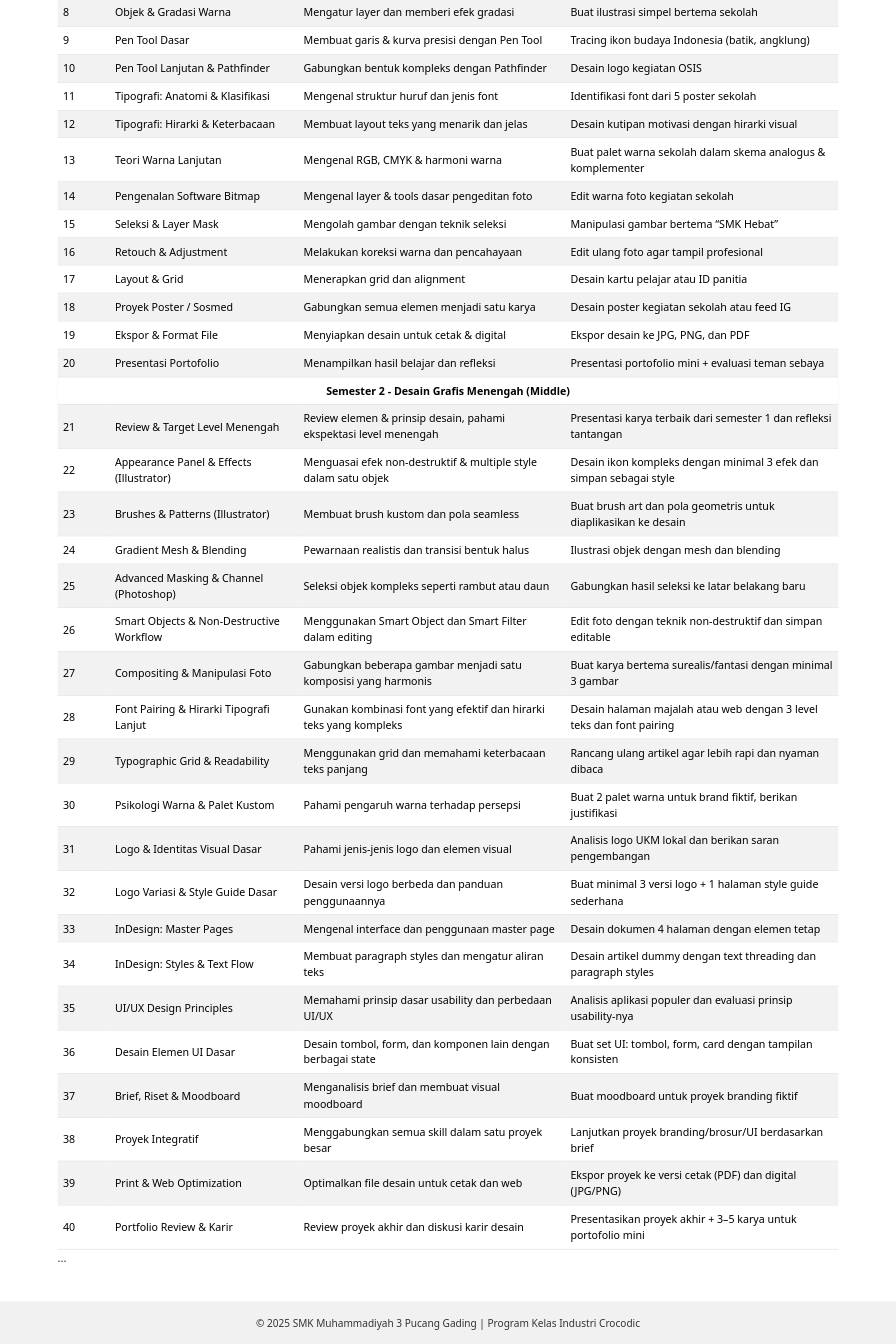
Repository: ppdbsmkmutipuga/kurikulumdesain
Page: index.html
An editor plug-in stored every save of this project. The page is shown before and after the next save, followed by the edit.
The browser window is 1280 px wide. The pictures show the part of the page from y = 963 to 2883 px (the page is 2883 px tall before and 2859 px after), at 70% of full size.

Above is the page before, as saved 2025-07-01 04:38:47.

### index.html
<!DOCTYPE html>
<html lang="id">

<head>
    <meta charset="UTF-8" />
    <meta name="viewport" content="width=device-width, initial-scale=1.0" />
    <title>Kurikulum Desain Grafis - SMK Mutipuga</title>
    <link href="https://cdn.jsdelivr.net/npm/bootstrap@5.3.3/dist/css/bootstrap.min.css" rel="stylesheet" />
    <link href="https://cdnjs.cloudflare.com/ajax/libs/aos/2.3.4/aos.css" rel="stylesheet" />
    <link href="https://cdn.jsdelivr.net/npm/bootstrap-icons@1.10.5/font/bootstrap-icons.css" rel="stylesheet">
    <link rel="stylesheet" href="style.css">
    <script src="https://cdnjs.cloudflare.com/ajax/libs/html2pdf.js/0.10.1/html2pdf.bundle.min.js"></script>

</head>

<body>
    <button class="btn btn-outline-dark mode-toggle" onclick="toggleMode()">
        <i class="bi bi-moon-stars-fill"></i>
    </button>

    <!-- Hero Section -->
    <section class="hero" data-aos="fade-down">
        <div class="container">
            <h1>Kurikulum Desain Grafis Dasar</h1>
            <p class="lead">Program Kelas Industri Crocodic (Versi SMK Mutipuga) - Semester Ganjil</p>
        </div>
    </section>

    <!-- Table Section -->
    <section class="container my-5" data-aos="fade-up">
        <h2 class="section-title">Struktur Kurikulum Mingguan</h2>
        <div class="filter-buttons">
            <button class="btn btn-outline-primary" onclick="filterSemester(1)">Semester 1</button>
            <button class="btn btn-outline-success" onclick="filterSemester(2)">Semester 2</button>
            <button class="btn btn-outline-secondary" onclick="filterSemester(0)">Tampilkan Semua</button>
        </div>
        <div class="table-container">
            <div class="table-responsive">
                <table class="table table-striped table-hover align-middle mb-0" id="kurikulumTable">
                    <thead class="table-dark">
                        <tr>
                            <th scope="col">Minggu</th>
                            <th scope="col">Materi</th>
                            <th scope="col">Tujuan Pembelajaran</th>
                            <th scope="col">Proyek / Tugas</th>
                        </tr>
                    </thead>
                    <tbody>
                        <div class="text-end my-3">
                            <button class="btn btn-danger" onclick="downloadPDF()">
                                <i class="bi bi-file-earmark-arrow-down-fill"></i> Unduh PDF
                            </button>
                        </div>
                        <div id="pdf-content">
  <div class="table-container">
    <div class="table-responsive">
      <table class="table table-striped table-hover align-middle mb-0" id="kurikulumTable">
        ...
      </table>
    </div>
  </div>
</div>

                        <!-- Data rows akan di-load lewat JS -->
                    </tbody>
                </table>
            </div>
        </div>
    </section>

    <!-- Footer -->
    <footer>
        &copy; 2025 SMK Muhammadiyah 3 Pucang Gading | Program Kelas Industri Crocodic
    </footer>

    <!-- Scripts -->
    <script src="https://cdn.jsdelivr.net/npm/bootstrap@5.3.3/dist/js/bootstrap.bundle.min.js"></script>
    <script src="https://cdnjs.cloudflare.com/ajax/libs/aos/2.3.4/aos.js"></script>
    <script src="script.js"></script>
</body>

</html>

### style.css
/* =========================
   HERO SECTION
========================= */
.hero {
  padding: 60px 0;
  background: linear-gradient(135deg, #e3f2fd, #bbdefb);
  text-align: center;
}

.hero h1 {
  font-weight: 700;
  font-size: 2.5rem;
  color: #0d47a1;
}

.hero p {
  font-size: 1.25rem;
  color: #333;
}

body.bg-dark .hero {
  background: linear-gradient(135deg, #1e1e1e, #2c2c2c);
}

body.bg-dark .hero h1 {
  color: #90caf9;
}

body.bg-dark .hero p {
  color: #cccccc;
}

/* =========================
   FILTER BUTTONS
========================= */
.filter-buttons {
  text-align: center;
  margin: 20px 0;
}

.filter-buttons .btn {
  margin: 5px;
}

body.bg-dark .btn-outline-primary {
  color: #90caf9;
  border-color: #90caf9;
}

body.bg-dark .btn-outline-success {
  color: #81c784;
  border-color: #81c784;
}

body.bg-dark .btn-outline-secondary {
  color: #b0bec5;
  border-color: #b0bec5;
}

/* =========================
   TABLE SECTION
========================= */
.table-container {
  overflow-x: auto;
}

.table th,
.table td {
  vertical-align: middle !important;
  font-size: 0.95rem;
}

/* Baris header semester (custom row) */
.table .table-header-row {
  background-color: #cce5ff;
  font-weight: 600;
  text-align: center;
}

body.bg-dark .table .table-header-row {
  background-color: #2c3e50;
  color: #ffffff !important;
}

/* DARK MODE TABLE FIX */
body.bg-dark .table,
body.bg-dark .table td,
body.bg-dark .table th {
  color: #f1f1f1 !important;
  background-color: transparent !important;
  opacity: 1 !important;
}

body.bg-dark .table-striped tbody tr:nth-of-type(odd) {
  background-color: #2c2c2c !important;
}

body.bg-dark .table-striped tbody tr:nth-of-type(even) {
  background-color: #1a1a1a !important;
}

body.bg-dark .table-hover tbody tr:hover {
  background-color: #3a3a3a !important;
}

body.bg-dark .table thead th {
  background-color: #111 !important;
  color: #fff !important;
  border-color: #444 !important;
}

body.bg-dark .table-primary {
  background-color: #455a64 !important;
  color: #fff !important;
}

/* =========================
   FOOTER
========================= */
footer {
  padding: 20px;
  text-align: center;
  background-color: #f1f1f1;
  margin-top: 50px;
  font-size: 0.9rem;
  color: #333;
}

body.bg-dark footer {
  background-color: #1e1e1e;
  color: #e0e0e0;
}

/* =========================
   MODE TOGGLE BUTTON
========================= */
.mode-toggle {
  position: fixed;
  top: 15px;
  right: 15px;
  z-index: 1000;
  border-radius: 50%;
  width: 48px;
  height: 48px;
  display: flex;
  align-items: center;
  justify-content: center;
  background-color: #f0f0f0;
  color: #333;
  border: 1px solid #ccc;
}

/* Header tabel semester */
.table-header-row {
  background-color: #cce5ff;
  /* mode terang */
  color: #0d47a1;
}

/* Ubah header semester agar lebih gelap dan teks lebih jelas di dark mode */
body.bg-dark .table-header-row {
  background-color: #37474f;
  /* warna gelap yang elegan */
  color: #ffffff;
}

body.bg-dark .mode-toggle {
  background-color: #333;
  color: #fff;
  border: 1px solid #666;
}

/* Footer default */
footer {
  padding: 20px;
  text-align: center;
  background-color: #f1f1f1;
  margin-top: 50px;
  font-size: 0.9rem;
  color: #333;
}

/* Footer saat dark mode */
body.bg-dark footer {
  background-color: #1e1e1e;
  color: #ccc;
}


/* =========================
   RESPONSIVE
========================= */
@media (max-width: 768px) {
  .hero h1 {
    font-size: 1.8rem;
  }

  .hero p {
    font-size: 1rem;
  }

  .table th,
  .table td {
    font-size: 0.85rem;
  }
}

@media (max-width: 576px) {
  .mode-toggle {
    width: 40px;
    height: 40px;
  }

  .hero {
    padding: 40px 0;
  }
}

@media print {
  body {
    background: #fff !important;
    color: #000 !important;
  }

  .mode-toggle,
  .filter-buttons,
  footer {
    display: none !important;
  }

  .table th,
  .table td {
    font-size: 0.75rem;
  }
}

@media print {

  html,
  body {
    width: 210mm;
    height: 297mm;
    margin: 0;
    padding: 0;
    overflow: hidden;
    zoom: 0.75;
    /* Sesuaikan skala agar muat ke PDF */
  }

  .table-container {
    overflow: visible !important;
  }

  .table-responsive {
    overflow: visible !important;
  }

  table {
    table-layout: fixed;
    width: 100% !important;
    word-wrap: break-word;
  }

  .table td,
  .table th {
    font-size: 10pt !important;
    padding: 6px 8px;
    white-space: normal !important;
  }

  .filter-buttons,
  .mode-toggle,
  footer {
    display: none !important;
  }
}

### script.js
// Inisialisasi animasi AOS
AOS.init();

// Data lengkap Week 1–40
const tableData = [
    { week: 'Semester 1 - Dasar Desain Grafis', isHeader: true, semester: 1 },
    { week: 1, materi: 'Pengenalan Desain Grafis & Dunia Kerja Kreatif', tujuan: 'Memahami peran desain dalam industri & kehidupan', tugas: 'Tulis artikel: “Apa itu desain grafis dan kenapa penting?”', semester: 1 },
    { week: 2, materi: 'Elemen Visual: Garis, Bentuk, Tekstur', tujuan: 'Mengenal dan membuat elemen visual dasar', tugas: 'Desain stiker sederhana bertema sekolah', semester: 1 },
    { week: 3, materi: 'Ruang, Ukuran, Warna', tujuan: 'Memahami ruang, ukuran dan teori warna dasar', tugas: 'Analisis poster PPDB Mutipuga dari segi ruang & proporsi', semester: 1 },
    { week: 4, materi: 'Keseimbangan & Kontras', tujuan: 'Mengatur keseimbangan simetris/asimetris & kontras', tugas: 'Desain brosur satu halaman bertema ekstrakurikuler', semester: 1 },
    { week: 5, materi: 'Penekanan, Irama, Pola', tujuan: 'Mengatur perhatian visual melalui elemen penekanan', tugas: 'Desain cover majalah siswa yang menarik perhatian', semester: 1 },
    { week: 6, materi: 'Kesatuan & Proporsi', tujuan: 'Menciptakan harmoni dan keselarasan visual', tugas: 'Desain spanduk hari besar nasional', semester: 1 },
    { week: 7, materi: 'Pengenalan Software Vektor', tujuan: 'Mengenal tools dasar pada software desain vektor', tugas: 'Replika logo sekolah menggunakan shape dan warna', semester: 1 },
    { week: 8, materi: 'Objek & Gradasi Warna', tujuan: 'Mengatur layer dan memberi efek gradasi', tugas: 'Buat ilustrasi simpel bertema sekolah', semester: 1 },
    { week: 9, materi: 'Pen Tool Dasar', tujuan: 'Membuat garis & kurva presisi dengan Pen Tool', tugas: 'Tracing ikon budaya Indonesia (batik, angklung)', semester: 1 },
    { week: 10, materi: 'Pen Tool Lanjutan & Pathfinder', tujuan: 'Gabungkan bentuk kompleks dengan Pathfinder', tugas: 'Desain logo kegiatan OSIS', semester: 1 },
    { week: 11, materi: 'Tipografi: Anatomi & Klasifikasi', tujuan: 'Mengenal struktur huruf dan jenis font', tugas: 'Identifikasi font dari 5 poster sekolah', semester: 1 },
    { week: 12, materi: 'Tipografi: Hirarki & Keterbacaan', tujuan: 'Membuat layout teks yang menarik dan jelas', tugas: 'Desain kutipan motivasi dengan hirarki visual', semester: 1 },
    { week: 13, materi: 'Teori Warna Lanjutan', tujuan: 'Mengenal RGB, CMYK & harmoni warna', tugas: 'Buat palet warna sekolah dalam skema analogus & komplementer', semester: 1 },
    { week: 14, materi: 'Pengenalan Software Bitmap', tujuan: 'Mengenal layer & tools dasar pengeditan foto', tugas: 'Edit warna foto kegiatan sekolah', semester: 1 },
    { week: 15, materi: 'Seleksi & Layer Mask', tujuan: 'Mengolah gambar dengan teknik seleksi', tugas: 'Manipulasi gambar bertema “SMK Hebat”', semester: 1 },
    { week: 16, materi: 'Retouch & Adjustment', tujuan: 'Melakukan koreksi warna dan pencahayaan', tugas: 'Edit ulang foto agar tampil profesional', semester: 1 },
    { week: 17, materi: 'Layout & Grid', tujuan: 'Menerapkan grid dan alignment', tugas: 'Desain kartu pelajar atau ID panitia', semester: 1 },
    { week: 18, materi: 'Proyek Poster / Sosmed', tujuan: 'Gabungkan semua elemen menjadi satu karya', tugas: 'Desain poster kegiatan sekolah atau feed IG', semester: 1 },
    { week: 19, materi: 'Ekspor & Format File', tujuan: 'Menyiapkan desain untuk cetak & digital', tugas: 'Ekspor desain ke JPG, PNG, dan PDF', semester: 1 },
    { week: 20, materi: 'Presentasi Portofolio', tujuan: 'Menampilkan hasil belajar dan refleksi', tugas: 'Presentasi portofolio mini + evaluasi teman sebaya', semester: 1 },
    { week: 'Semester 2 - Desain Grafis Menengah (Middle)', isHeader: true, semester: 2 },
    { week: 21, materi: 'Review & Target Level Menengah', tujuan: 'Review elemen & prinsip desain, pahami ekspektasi level menengah', tugas: 'Presentasi karya terbaik dari semester 1 dan refleksi tantangan', semester: 2 },
    { week: 22, materi: 'Appearance Panel & Effects (Illustrator)', tujuan: 'Menguasai efek non-destruktif & multiple style dalam satu objek', tugas: 'Desain ikon kompleks dengan minimal 3 efek dan simpan sebagai style', semester: 2 },
    { week: 23, materi: 'Brushes & Patterns (Illustrator)', tujuan: 'Membuat brush kustom dan pola seamless', tugas: 'Buat brush art dan pola geometris untuk diaplikasikan ke desain', semester: 2 },
    { week: 24, materi: 'Gradient Mesh & Blending', tujuan: 'Pewarnaan realistis dan transisi bentuk halus', tugas: 'Ilustrasi objek dengan mesh dan blending', semester: 2 },
    { week: 25, materi: 'Advanced Masking & Channel (Photoshop)', tujuan: 'Seleksi objek kompleks seperti rambut atau daun', tugas: 'Gabungkan hasil seleksi ke latar belakang baru', semester: 2 },
    { week: 26, materi: 'Smart Objects & Non-Destructive Workflow', tujuan: 'Menggunakan Smart Object dan Smart Filter dalam editing', tugas: 'Edit foto dengan teknik non-destruktif dan simpan editable', semester: 2 },
    { week: 27, materi: 'Compositing & Manipulasi Foto', tujuan: 'Gabungkan beberapa gambar menjadi satu komposisi yang harmonis', tugas: 'Buat karya bertema surealis/fantasi dengan minimal 3 gambar', semester: 2 },
    { week: 28, materi: 'Font Pairing & Hirarki Tipografi Lanjut', tujuan: 'Gunakan kombinasi font yang efektif dan hirarki teks yang kompleks', tugas: 'Desain halaman majalah atau web dengan 3 level teks dan font pairing', semester: 2 },
    { week: 29, materi: 'Typographic Grid & Readability', tujuan: 'Menggunakan grid dan memahami keterbacaan teks panjang', tugas: 'Rancang ulang artikel agar lebih rapi dan nyaman dibaca', semester: 2 },
    { week: 30, materi: 'Psikologi Warna & Palet Kustom', tujuan: 'Pahami pengaruh warna terhadap persepsi', tugas: 'Buat 2 palet warna untuk brand fiktif, berikan justifikasi', semester: 2 },
    { week: 31, materi: 'Logo & Identitas Visual Dasar', tujuan: 'Pahami jenis-jenis logo dan elemen visual', tugas: 'Analisis logo UKM lokal dan berikan saran pengembangan', semester: 2 },
    { week: 32, materi: 'Logo Variasi & Style Guide Dasar', tujuan: 'Desain versi logo berbeda dan panduan penggunaannya', tugas: 'Buat minimal 3 versi logo + 1 halaman style guide sederhana', semester: 2 },
    { week: 33, materi: 'InDesign: Master Pages', tujuan: 'Mengenal interface dan penggunaan master page', tugas: 'Desain dokumen 4 halaman dengan elemen tetap', semester: 2 },
    { week: 34, materi: 'InDesign: Styles & Text Flow', tujuan: 'Membuat paragraph styles dan mengatur aliran teks', tugas: 'Desain artikel dummy dengan text threading dan paragraph styles', semester: 2 },
    { week: 35, materi: 'UI/UX Design Principles', tujuan: 'Memahami prinsip dasar usability dan perbedaan UI/UX', tugas: 'Analisis aplikasi populer dan evaluasi prinsip usability-nya', semester: 2 },
    { week: 36, materi: 'Desain Elemen UI Dasar', tujuan: 'Desain tombol, form, dan komponen lain dengan berbagai state', tugas: 'Buat set UI: tombol, form, card dengan tampilan konsisten', semester: 2 },
    { week: 37, materi: 'Brief, Riset & Moodboard', tujuan: 'Menganalisis brief dan membuat visual moodboard', tugas: 'Buat moodboard untuk proyek branding fiktif', semester: 2 },
    { week: 38, materi: 'Proyek Integratif', tujuan: 'Menggabungkan semua skill dalam satu proyek besar', tugas: 'Lanjutkan proyek branding/brosur/UI berdasarkan brief', semester: 2 },
    { week: 39, materi: 'Print & Web Optimization', tujuan: 'Optimalkan file desain untuk cetak dan web', tugas: 'Ekspor proyek ke versi cetak (PDF) dan digital (JPG/PNG)', semester: 2 },
    { week: 40, materi: 'Portfolio Review & Karir', tujuan: 'Review proyek akhir dan diskusi karir desain', tugas: 'Presentasikan proyek akhir + 3–5 karya untuk portofolio mini', semester: 2 },
];

const tbody = document.querySelector('#kurikulumTable tbody');

function renderTable(filter) {
    tbody.innerHTML = '';
    let hasPrintedSemester1Header = false;
    let hasPrintedSemester2Header = false;
    tableData.forEach(row => {
        if (filter === 0 || row.semester === filter || row.isHeader) {
            if (row.isHeader) {
                if ((filter === 1 && row.semester === 1 && !hasPrintedSemester1Header) ||
                    (filter === 2 && row.semester === 2 && !hasPrintedSemester2Header) ||
                    filter === 0) {
                    const tr = document.createElement('tr');
                    tr.className = 'table-header-row text-center fw-bold';
                    const td = document.createElement('td');
                    td.setAttribute('colspan', 4);
                    td.textContent = row.week;
                    tr.appendChild(td);
                    tbody.appendChild(tr);
                    if (row.semester === 1) hasPrintedSemester1Header = true;
                    if (row.semester === 2) hasPrintedSemester2Header = true;
                }
            } else {
                if (filter === 0 || row.semester === filter) {
                    const tr = document.createElement('tr');
                    tr.innerHTML = `
            <td>${row.week}</td>
            <td>${row.materi}</td>
            <td>${row.tujuan}</td>
            <td>${row.tugas}</td>
          `;
                    tbody.appendChild(tr);
                }
            }
        }
    });
}

function filterSemester(semester) {
    renderTable(semester);
}

function toggleMode() {
    document.body.classList.toggle('bg-dark');
    document.body.classList.toggle('text-white');
}

renderTable(0);


function downloadPDF() {
    const element = document.getElementById("pdf-content");
    const opt = {
        margin: 0.2,
        filename: "kurikulum-desain-grafis.pdf",
        image: { type: "jpeg", quality: 0.98 },
        html2canvas: {
            scale: 3,        // Lebih tajam
            useCORS: true,   // Jika ada gambar
            allowTaint: true
        },
        jsPDF: {
            unit: "mm",
            format: "a4",
            orientation: "portrait"
        },
        pagebreak: { mode: ['avoid-all', 'css', 'legacy'] }
    };
    html2pdf().set(opt).from(element).save();
}

After the next save:
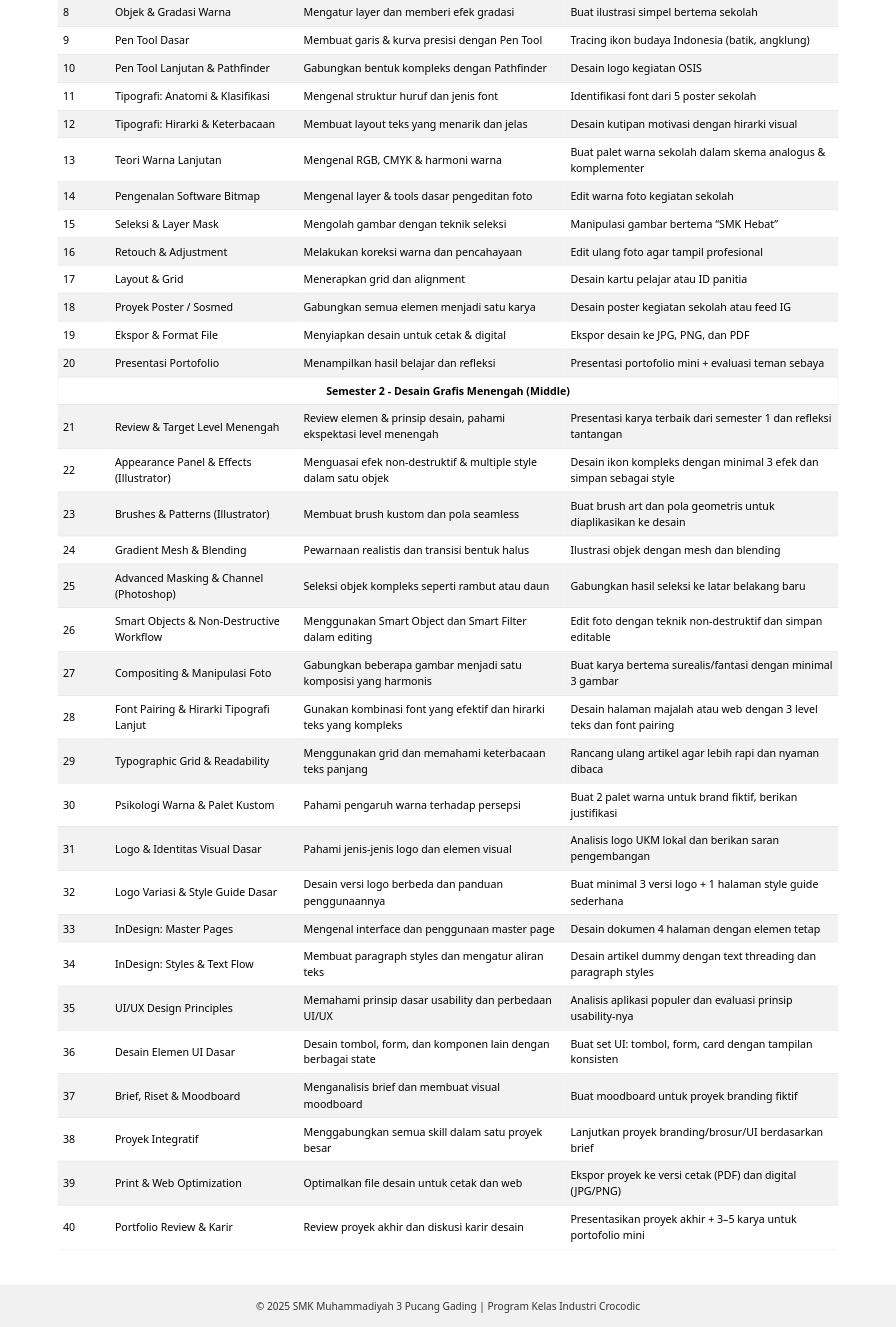
Saved 36 s later.
--- a/index.html
+++ b/index.html
@@ -51,15 +51,6 @@
                                 <i class="bi bi-file-earmark-arrow-down-fill"></i> Unduh PDF
                             </button>
                         </div>
-                        <div id="pdf-content">
-  <div class="table-container">
-    <div class="table-responsive">
-      <table class="table table-striped table-hover align-middle mb-0" id="kurikulumTable">
-        ...
-      </table>
-    </div>
-  </div>
-</div>
 
                         <!-- Data rows akan di-load lewat JS -->
                     </tbody>
